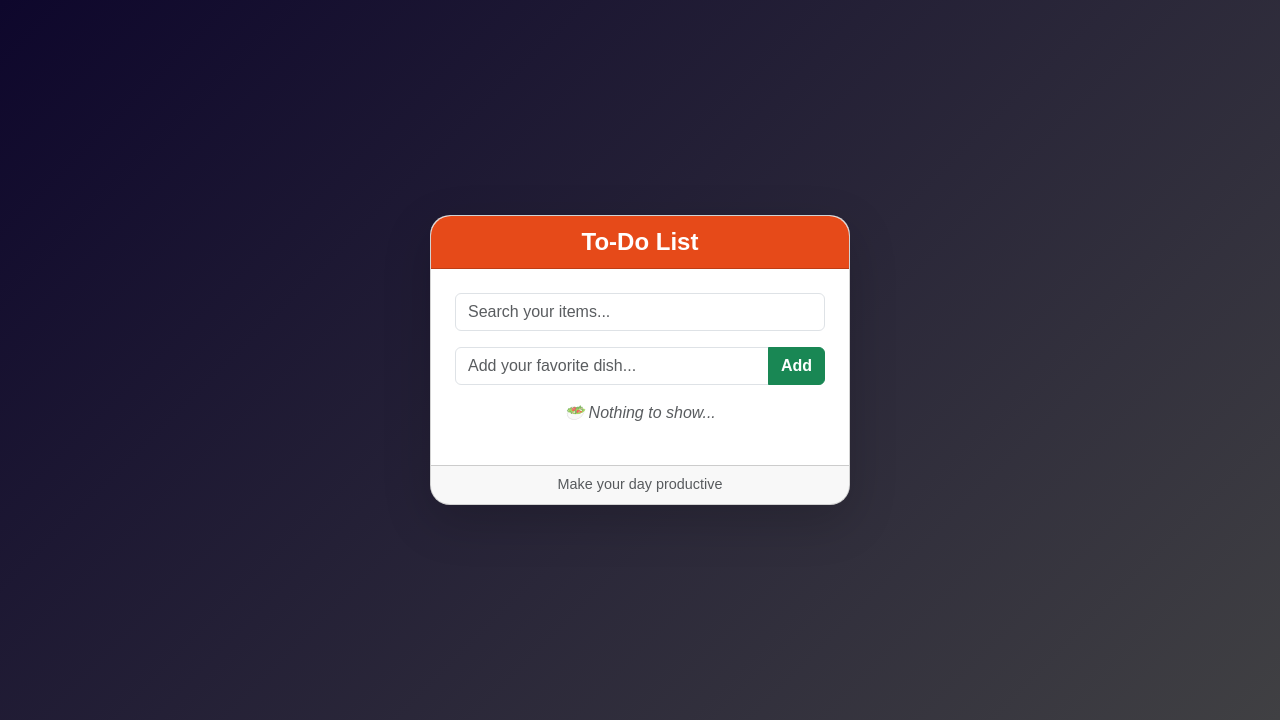
Repository: Dredphoenix/react-todo-app
Page: /
These files come from the project's save history. The page is drawn as it stood at one moment and after the next save; the edit follows.
The browser window is 1280 px wide. The pictures show the whole page.
The page's requests for data from a server got no answer. The project was rebuilt for these pictures with package versions that can differ from the ones it lists, and the page was loaded fresh each time. No one was signed in, and anything a server would have sent is missing. Also part of the build but not shown: vite.config.js.

Above is the page before, as saved 2025-10-01 14:40:24.

After the next save:
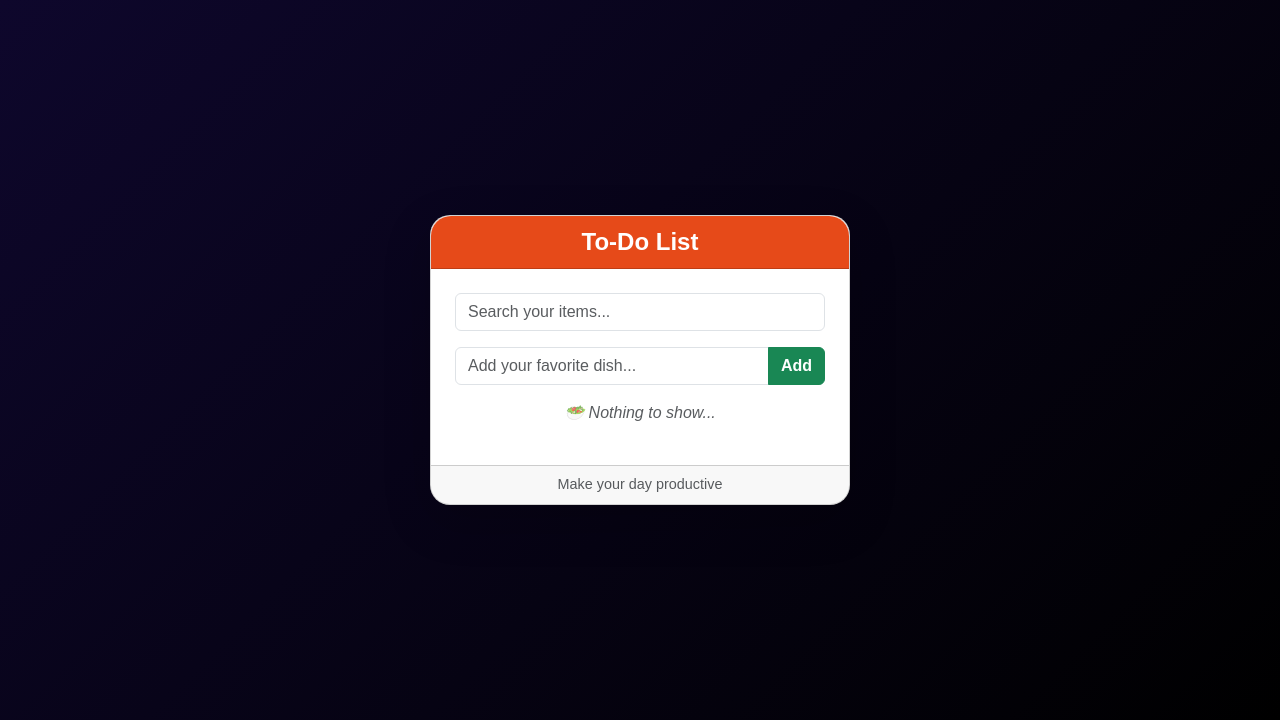
Saved 4 s later.
--- a/src/pages/Home.jsx
+++ b/src/pages/Home.jsx
@@ -83,7 +83,7 @@ const Home = () => {
     <div
       className="min-vh-100 d-flex align-items-center justify-content-center"
       style={{
-        background: "linear-gradient(135deg, #0e072cff, #404043ff)",
+        background: "linear-gradient(135deg, #0e072cff, #000000ff)",
         fontFamily: "Poppins, sans-serif",
       }}
     >
